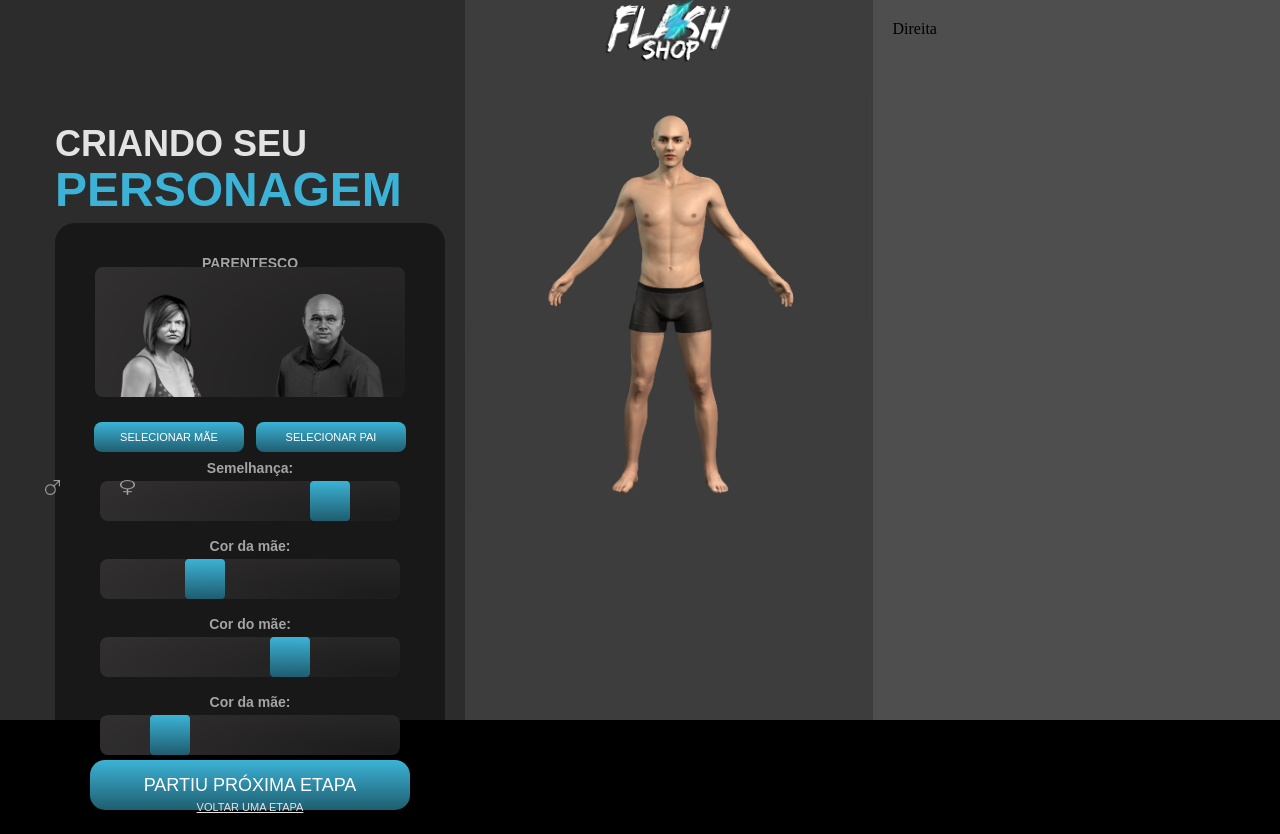
Repository: DuMCorrea/CriandoPerso
Page: index.html
These files come from the project's save history. The page is drawn as it stood at one moment and after the next save; the edit follows.
The browser window is 1280 px wide. The pictures show the whole page.

Above is the page before, as saved 2024-08-29 16:49:29.

### index.html
<!DOCTYPE html>
<html lang="en">
<head>
    <meta charset="UTF-8">
    <meta name="viewport" content="width=device-width, initial-scale=1.0">
    <title>Dividindo a Tela com Imagens</title>
    <link rel="stylesheet" href="styles.css">
</head>
<body>
    <div class="container">
        <div class="left">
            <h1 class="title">
                <span class="part1">CRIANDO SEU</span>
                <span class="part2">PERSONAGEM</span>
            </h1>
            <div class="vertical-rectangle">
                <div class="title-container">
                    <h2 class="parentesco-title">PARENTESCO</h2>
                </div>
                <div class="image-rectangle">
                    <img src="assets/mulher.png" alt="Imagem 1" class="rectangle-image">
                    <img src="assets/homem.png" alt="Imagem 2" class="rectangle-image">
                </div>
                <div class="button-group">
                    <button class="top-button">SELECIONAR MÃE</button>
                    <button class="top-button">SELECIONAR PAI</button>
                </div>
                <div class="rectangles-group">
                    <div class="image-container">
                        <img src="assets/Fem.png" alt="Imagem 1" class="small-image left-image">
                        <img src="assets/Masc.png" alt="Imagem 2" class="small-image right-image">
                    </div>
                    <div class="rectangle-title">Semelhança:</div>
                    <div class="gradient-rectangle">
                        <img src="assets/quadradoAzul.png" alt="Imagem 1" class="small-image1">
                    </div>

                    <div class="rectangle-title">Cor da mãe:</div>
                    <div class="gradient-rectangle">
                        <img src="assets/quadradoAzul.png" alt="Imagem 2" class="small-image2">
                    </div>

                    <div class="rectangle-title">Cor do mãe:</div>
                    <div class="gradient-rectangle">
                        <img src="assets/quadradoAzul.png" alt="Imagem 3" class="small-image3">
                    </div>

                    <div class="rectangle-title">Cor da mãe:</div>
                    <div class="gradient-rectangle">
                        <img src="assets/quadradoAzul.png" alt="Imagem 4" class="small-image4">
                    </div>
                </div>
                <button class="rectangle-button">PARTIU PRÓXIMA ETAPA</button>
                <button class="back-button">VOLTAR UMA ETAPA</button>
            </div>
        </div>
        <div class="center">
            <img src="assets/FlashStore 1 (1).png" alt="Imagem 1" class="top-image">
            <img src="assets/boneco 2.png" alt="Imagem 2" class="center-image">
        </div>
        <div class="right">Direita</div>
    </div>
</body>

</html>

### styles.css
body, html {
    margin: 0;
    padding: 0;
    height: 100%;
    display: flex;
    justify-content: center;
    align-items: center;
    background-color: #000; /* Fundo escuro */
}

.container {
    display: flex;
    width: 100%;
    height: 100%;
}

.container > div {
    flex: 1; /* Cada div ocupa 1/3 do espaço disponível */
    height: 100%;
    padding: 20px;
    box-sizing: border-box;
}



/* PARTE ESQUERDA */



.left {
    background-color: #2c2c2c;
    display: flex;
    flex-direction: column;
    justify-content: flex-start;
    align-items: flex-start;

}

.title {
    margin: 100px 0 0 0; /* Adiciona margem superior para mover o título para baixo */
    padding: 0;
}

.part1 {
    font-family: 'Baloo Bhai', sans-serif;
    font-size: 36px;
    font-weight: 700; /* Aumenta o peso da fonte para deixá-la mais grossa */
    line-height: 48px;
    text-align: left;
    color: #E3E3E3;
    display: block;
    margin-bottom: -10px; /* Reduz a distância entre as duas partes do título */
    margin-left: 35px;
}

.part2 {
    font-family: 'Baloo Bhai', sans-serif;
    font-size: 48px;
    font-weight: 700; /* Aumenta o peso da fonte para deixá-la mais grossa */
    line-height: 64px;
    text-align: left;
    color: #3CB3D6;
    display: block;
    margin-left: 35px;
}

.vertical-rectangle {
    width: 390px; /* Largura do retângulo */
    height: 660px; /* Altura do retângulo */
    background: #00000075; /* Cor de fundo com opacidade */
    border-radius: 20px; /* Bordas arredondadas */
    margin-left: 35px; /* Alinhamento com o título */
    margin-top: 1px; /* Espaço entre o título e o retângulo */
    display: flex;
    flex-direction: column;
    justify-content: space-between; /* Distribui o espaço */
    align-items: center; /* Centraliza os conteúdos */
}


.rectangle-button {
    width: 320px; /* Largura do botão */
    height: 50px; /* Altura do botão */
    background: linear-gradient(180deg, #3CB3D6 0%, #1F5E70 100%); /* Gradiente de cor */
    border-radius: 15px; /* Bordas arredondadas */
    border: none; /* Remove borda padrão do botão */
    color: white; /* Cor do texto */
    font-family: 'Baloo Bhai', sans-serif;
    font-size: 18px; /* Tamanho do texto */
    display: flex;
    justify-content: center; /* Centraliza horizontalmente */
    align-items: center; /* Centraliza verticalmente */
    margin-bottom: -15px; /* Ajusta o espaçamento superior */
    cursor: pointer;
}

.back-button {
    background: none; /* Remove o fundo */
    border: none; /* Remove a borda */
    color: #E3E3E3; /* Cor do texto */
    font-family: 'Baloo Bhai', sans-serif;
    font-size: 11px; /* Tamanho do texto */
    margin-bottom: 20px; /* Espaçamento superior ajustado */
    text-decoration: underline; /* Adiciona sublinhado */
    cursor: pointer; /* Muda o cursor ao passar por cima */
}


.button-group {
    display: flex;
    justify-content: space-between; /* Espaça os botões igualmente */
    width: 0%; /* Largura igual à do retângulo */
    padding: 10px 20px; /* Adiciona espaçamento ao redor dos botões */
}

.top-button {
    width: 50px; /* Largura dos botões */
    height: 40px; /* Altura dos botões */
    background: linear-gradient(180deg, #3CB3D6 0%, #1F5E70 100%); /* Gradiente de cor */
    border-radius: 15px; /* Bordas arredondadas */
    border: none; /* Remove borda padrão do botão */
    color: white; /* Cor do texto */
    font-family: 'Baloo Bhai', sans-serif;
    font-size: 16px; /* Tamanho do texto */
    display: flex;
    justify-content: center; /* Centraliza horizontalmente */
    align-items: center; /* Centraliza verticalmente */
    cursor: pointer;
}




.gradient-rectangle {
    width: 300px; /* Largura igual ao botão */
    height: 40px; /* Altura padrão para cada retângulo, ajuste conforme necessário */
    background: radial-gradient(547.21% 823.76% at 94.51% 88.04%, #1D1C1C 0%, #837E7E 100%);
    border-radius: 8px; /* Bordas arredondadas, igual ao botão */
    margin-bottom: 1px; /* Diminui a distância entre os retângulos */
    margin-top: 38px;
    margin-left: 0px;
}

.rectangle-title {
    width: 300px; /* Largura igual ao botão e retângulos */
    height: 30px; /* Altura do título */
    border-radius: 8px; /* Bordas arredondadas */
    display: flex;
    align-items: center; /* Centraliza verticalmente o texto */
    justify-content: center; /* Centraliza horizontalmente o texto */
    color: #A4A4A4; /* Cor do texto */
    font-weight: 700;
    font-family: 'Baloo Bhai', sans-serif;
    font-size: 14px; /* Tamanho do texto */
    margin-bottom: -40px; /* Espaçamento entre o título e o retângulo */
    margin-top: 10px;

}

.image-container {
    width: 50%;
    display: flex;
    justify-content: space-between; /* Coloca uma imagem em cada lado */
    position: absolute; /* As imagens ficam fora do fluxo normal */
    top: 35px; /* Ajusta a posição acima do retângulo */
    padding: 0 10px; /* Espaçamento lateral entre as bordas */
}

.small-image {
    width: 15px; /* Define o tamanho da imagem */
    height: 15px;
}

.left-image {
    position: relative;
    left: 10px;
    top: 445px;
}

.right-image {
    position: relative;
    right: 690px;
    top: 445px
}

.small-image1 {
    width: 40px;
    height: 40px;
    left: 210px;
    position: relative;
}
.small-image2 {
    width: 40px;
    height: 40px;
    left: 85px;
    position: relative;
}
.small-image3 {
    width: 40px;
    height: 40px;
    left: 170px;
    position: relative;
}
.small-image4 {
    width: 40px;
    height: 40px;
    left: 50px;
    position: relative;
}

.button-group {
    display: flex;
    justify-content: space-between; /* Espaça os botões igualmente */
    width: 80%; /* Largura do grupo de botões */
    height: 1%;
    top: 10px;
    position: relative;
}

.top-button {
    width: 150px; /* Largura dos botões */
    height: 30px; /* Altura dos botões */
    background: linear-gradient(180deg, #3CB3D6 0%, #1F5E70 100%); /* Gradiente de cor */
    border-radius: 8px; /* Bordas arredondadas */
    border: none; /* Remove borda padrão do botão */
    color: white; /* Cor do texto */
    font-family: 'Baloo Bhai', sans-serif;
    font-size: 11px; /* Tamanho do texto */
    cursor: pointer;
}

.rectangles-group {
    margin-top: 10px; /* Ajusta o espaçamento superior */
}

.image-rectangle {
    width: 290px; /* Largura do retângulo */
    height: 130px; /* Altura do retângulo */
    background: radial-gradient(547.21% 823.76% at 94.51% 88.04%, #1D1C1C 0%, #837E7E 100%); /* Gradiente de fundo */
    border-radius: 8px; /* Bordas arredondadas */
    display: flex;
    justify-content: space-between; /* Espaça as imagens igualmente */
    align-items: center; /* Centraliza verticalmente */
    padding: 0 10px; /* Espaçamento lateral interno */
    position: relative;
    top: 0px;
}

.rectangle-image {
    width: 110px; /* Largura das imagens */
    height: 110px; /* Altura das imagens */
    position: relative;
    right: 10px;
    top: 10px;
    bottom: 0px;
}

/* Estilo para o novo título sem fundo */
.title-container {
    width: 0%;
    display: flex;
    justify-content: center; /* Centraliza o título horizontalmente */
    margin-bottom: 0; /* Remove o espaço entre o título e o retângulo de imagens */
}

.parentesco-title {
    color: #A4A4A4; /* Cor do texto */
    font-family: 'Baloo Bhai', sans-serif;
    font-size: 14px; /* Tamanho do texto */
    font-weight: bold;
    text-align: center; /* Centraliza o texto dentro do título */
    position: relative;
    top: 20px;
}

/* PARTE CENTRAL */



.center {
    background-color: #3d3d3d; /* Cor de fundo para a div central */
    display: flex;
    flex-direction: column;
    align-items: center;
    justify-content: space-between; /* Distribui o espaço entre as imagens */
}


.top-image {
    max-width: 40%;
    height: auto;
    margin-top: -60px;
}

.center-image {
    max-width: 200%;
    height: auto;
    margin-top: auto; /* Centraliza verticalmente */
    margin-bottom: 200px;
}


/* PARTE DIREITA */



.right {
    background-color: #4e4e4e; /* Cor de fundo para a div direita */
}

After the next save:
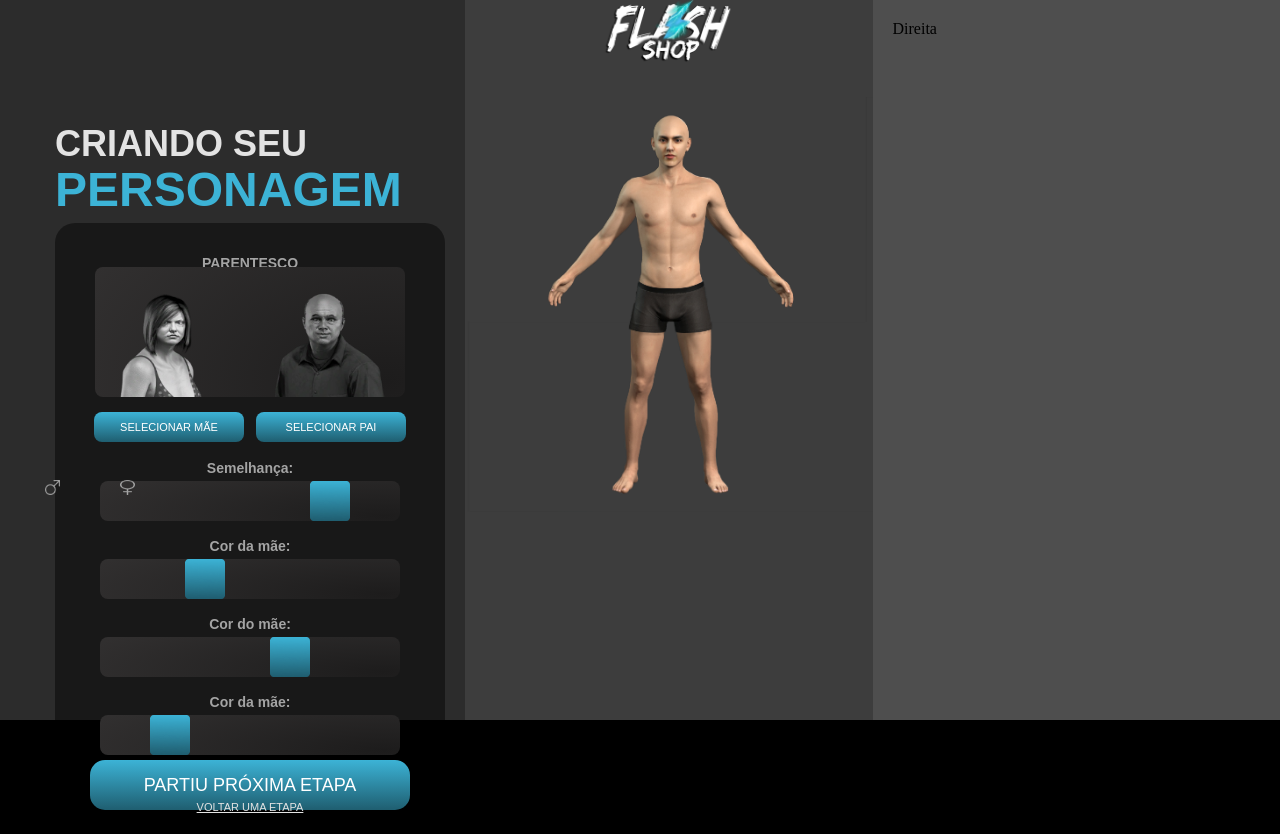
Saved 14 s later.
--- a/styles.css
+++ b/styles.css
@@ -213,7 +213,7 @@
     justify-content: space-between; /* Espaça os botões igualmente */
     width: 80%; /* Largura do grupo de botões */
     height: 1%;
-    top: 10px;
+    top: 0px;
     position: relative;
 }
 
